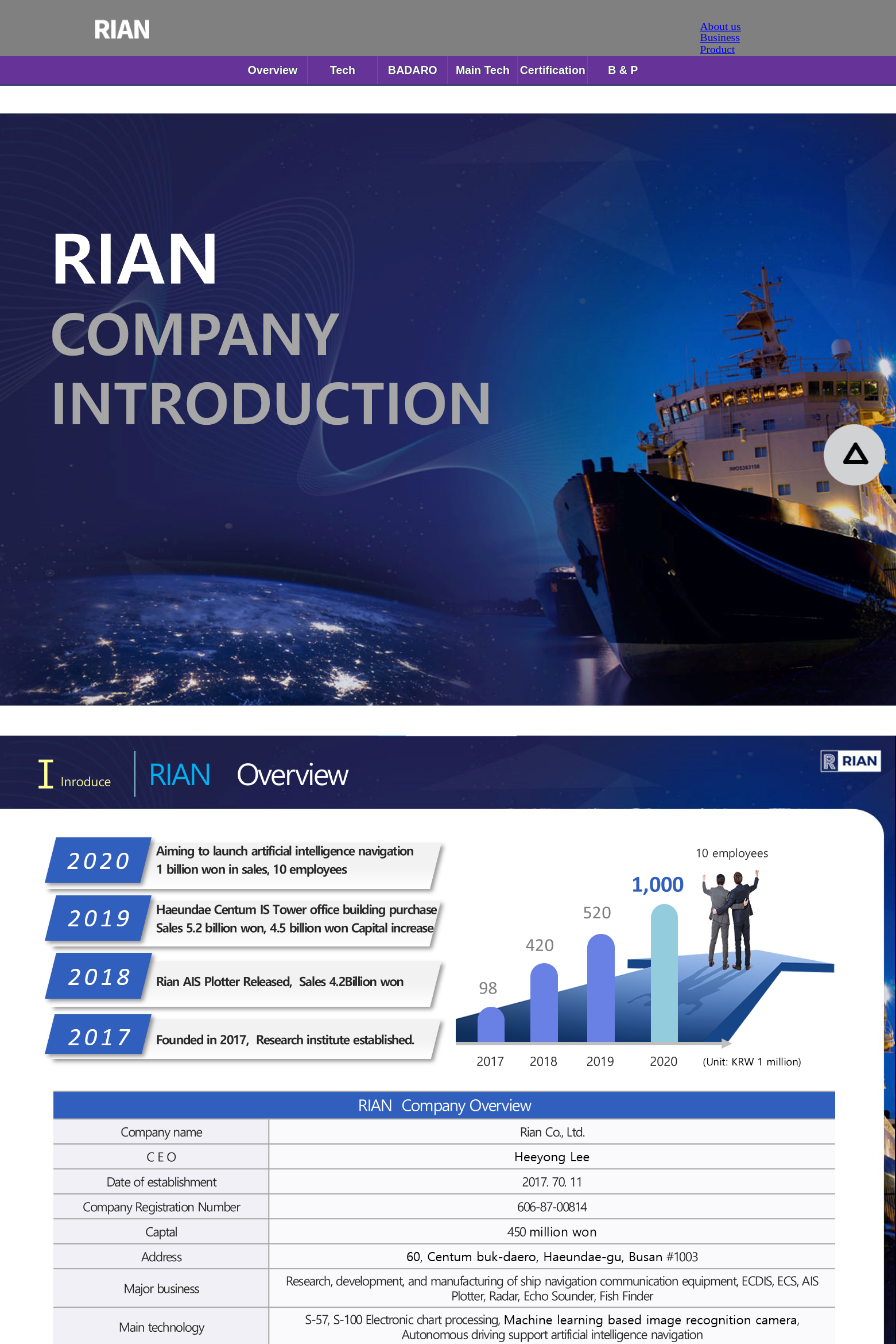
Repository: injeong-in/CompanyWeb
Page: http://localhost/RianWebSite/
These files come from the project's save history. The page is drawn as it stood at one moment and after the next save; the edit follows.
The browser window is 1280 px wide. The pictures show the part of the page from y = 0 to 1920 px (the page is 12163 px tall), at 70% of full size.
The page is served by Tomcat 9. Nobody is signed in. The application's start-up code is not run.

Above is the page before, as saved 2020-12-01 05:29:58.

After the next save:
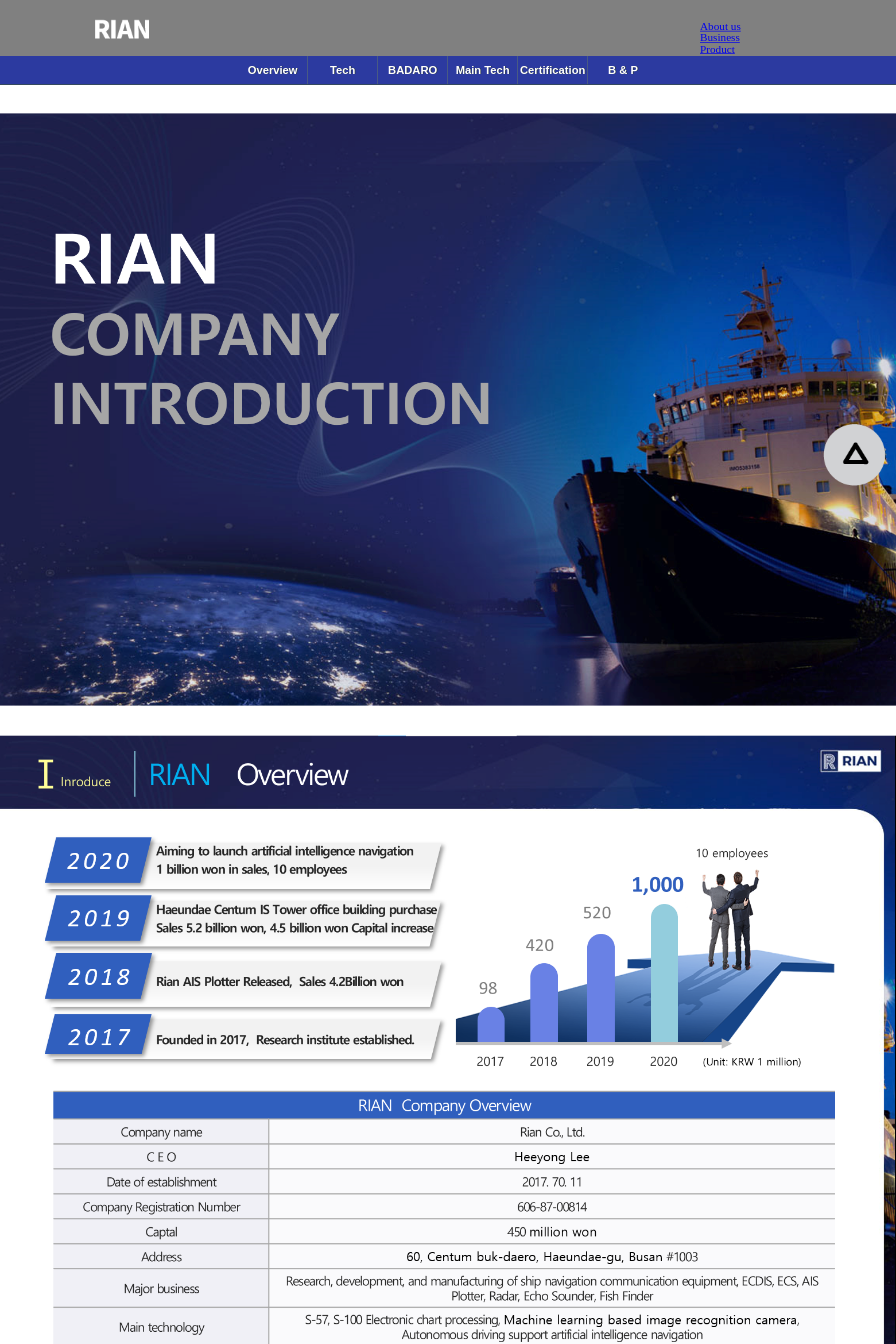
Saved 115 s later.
--- a/RianWebSite/WebContent/css/style.css
+++ b/RianWebSite/WebContent/css/style.css
@@ -52,7 +52,7 @@ table {
 nav {
     height: 40px;
     width: 100%;
-    background: rebeccapurple;
+    background: rgb(44, 58, 160);
     font-size: 1em;
     font-family: Arial, sans-serif;
     font-weight: bold;
